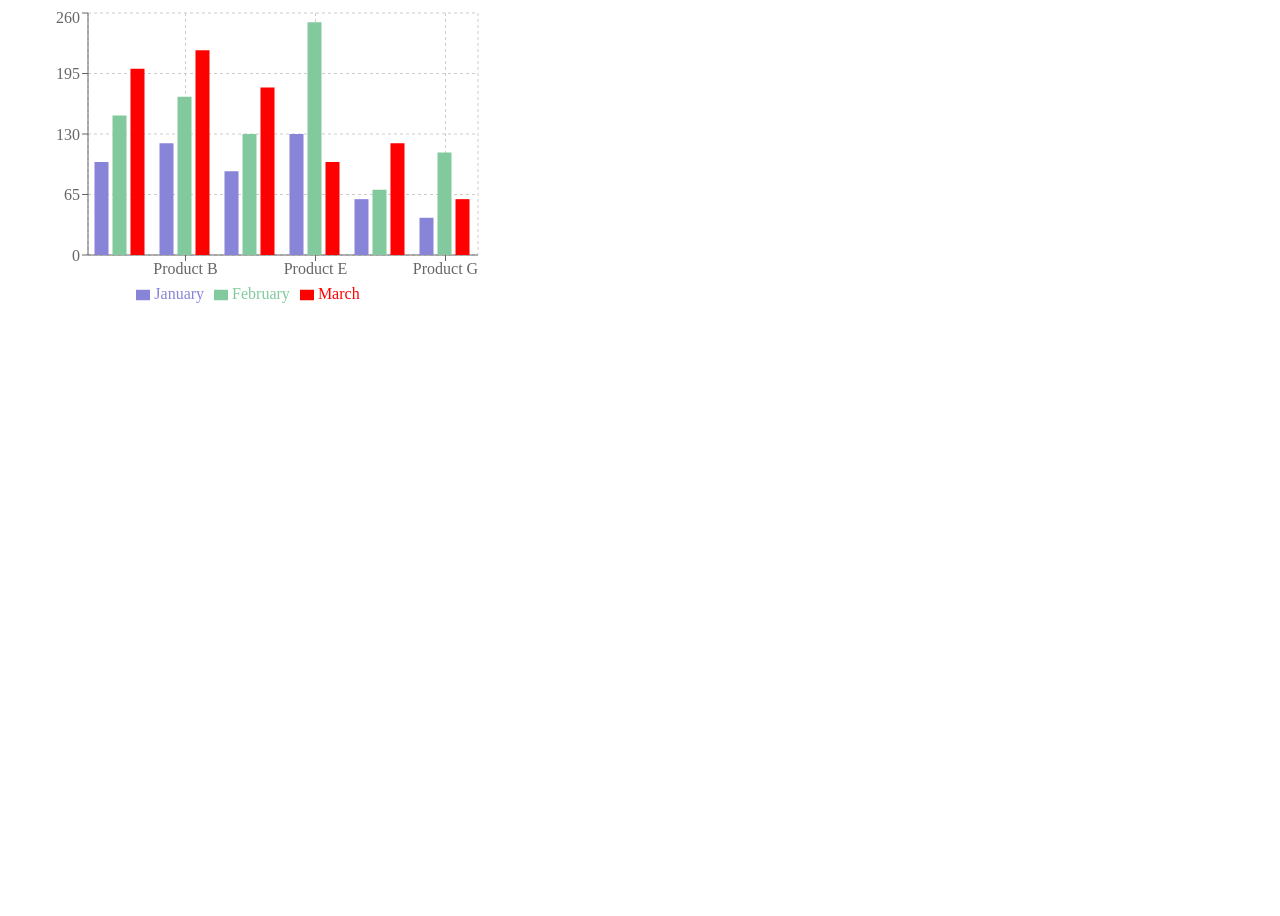
Repository: sagarjain738/test
Page: /
An editor plug-in stored every save of this project. The page is shown before and after the next save, followed by the edit.
The browser window is 1280 px wide. The pictures show the whole page.
The project was rebuilt for these pictures with package versions that can differ from the ones it lists, and the page was loaded fresh each time. Also part of the build but not shown: vite.config.js, src/App.css, src/index.css.

Above is the page before, as saved 2024-01-20 18:53:37.

### src/App.jsx
import { useState } from "react";
import "./App.css";
import FirstChart from "./components/FirstChart";
import totalData, { getTodalData } from "../Data";

function App() {
  const records = getTodalData(totalData);
  const [count, setCount] = useState(0);

  return (
    <>
      <FirstChart records={records} />
    </>
  );
}

export default App;

### src/components/FirstChart.jsx
import React from "react";
import {
  BarChart,
  Bar,
  Rectangle,
  XAxis,
  YAxis,
  CartesianGrid,
  Tooltip,
  Legend,
  ResponsiveContainer,
} from "recharts";

const data = [
  {
    name: "Page A",
    uv: 4000,
    pv: 2400,
    amt: 2400,
  },
  {
    name: "Page B",
    uv: 3000,
    pv: 1398,
    amt: 2210,
  },
  {
    name: "Page C",
    uv: 2000,
    pv: 9800,
    amt: 2290,
  },
  {
    name: "Page D",
    uv: 2780,
    pv: 3908,
    amt: 2000,
  },
  {
    name: "Page E",
    uv: 1890,
    pv: 4800,
    amt: 2181,
  },
  {
    name: "Page F",
    uv: 2390,
    pv: 3800,
    amt: 2500,
  },
  {
    name: "Page G",
    uv: 3490,
    pv: 4300,
    amt: 2100,
  },
];

const FirstChart = ({ records }) => {
  return (
    <div
      style={{
        width: "900px",
        height: "900px",
      }}
    >
      <BarChart
        width={500}
        height={300}
        data={records}
        margin={{
          top: 5,
          right: 30,
          left: 20,
          bottom: 5,
        }}
      >
        <CartesianGrid strokeDasharray="3 3" />
        <XAxis dataKey="name" />
        <YAxis />
        <Tooltip />
        <Legend />
        <Bar
          dataKey="January"
          fill="#8884d8"
          activeBar={<Rectangle fill="pink" stroke="blue" />}
        />
        <Bar
          dataKey="February"
          fill="#82ca9d"
          activeBar={<Rectangle fill="gold" stroke="purple" />}
        />
        <Bar
          dataKey="March"
          fill="red"
          activeBar={<Rectangle fill="gold" stroke="purple" />}
        />
      </BarChart>
    </div>
  );
};

export default FirstChart;

### Data.js
let data = {
  salesData: [
    {
      product: "Product A",
      sales: [
        { month: "January", amount: 100 },
        { month: "February", amount: 150 },
        { month: "March", amount: 200 },
      ],
    },
    {
      product: "Product B",
      sales: [
        { month: "January", amount: 120 },
        { month: "February", amount: 170 },
        { month: "March", amount: 220 },
      ],
    },
    {
      product: "Product C",
      sales: [
        { month: "January", amount: 90 },
        { month: "February", amount: 130 },
        { month: "March", amount: 180 },
      ],
    },
    {
      product: "Product E",
      sales: [
        { month: "January", amount: 130 },
        { month: "February", amount: 250 },
        { month: "March", amount: 100 },
      ],
    },
    {
      product: "Product F",
      sales: [
        { month: "January", amount: 60 },
        { month: "February", amount: 70 },
        { month: "March", amount: 120 },
      ],
    },
    {
      product: "Product G",
      sales: [
        { month: "January", amount: 40 },
        { month: "February", amount: 110 },
        { month: "March", amount: 60 },
      ],
    },
  ],
};

export function getTodalData(records) {
  const result = records.salesData.map((item) => {
    return {
      name: item.product,
      data: item.sales.reduce(
        (acc, itm) => ({ ...acc, [`${itm.month}`]: itm.amount }),
        {}
      ),
    };
  });

  const result2 = result.map((item) => {
    return { name: item.name, ...item.data };
  });

  return result2;
}

export default data;

Loaded but not shown: index.html (common file); src/main.jsx (common file)

After the next save:
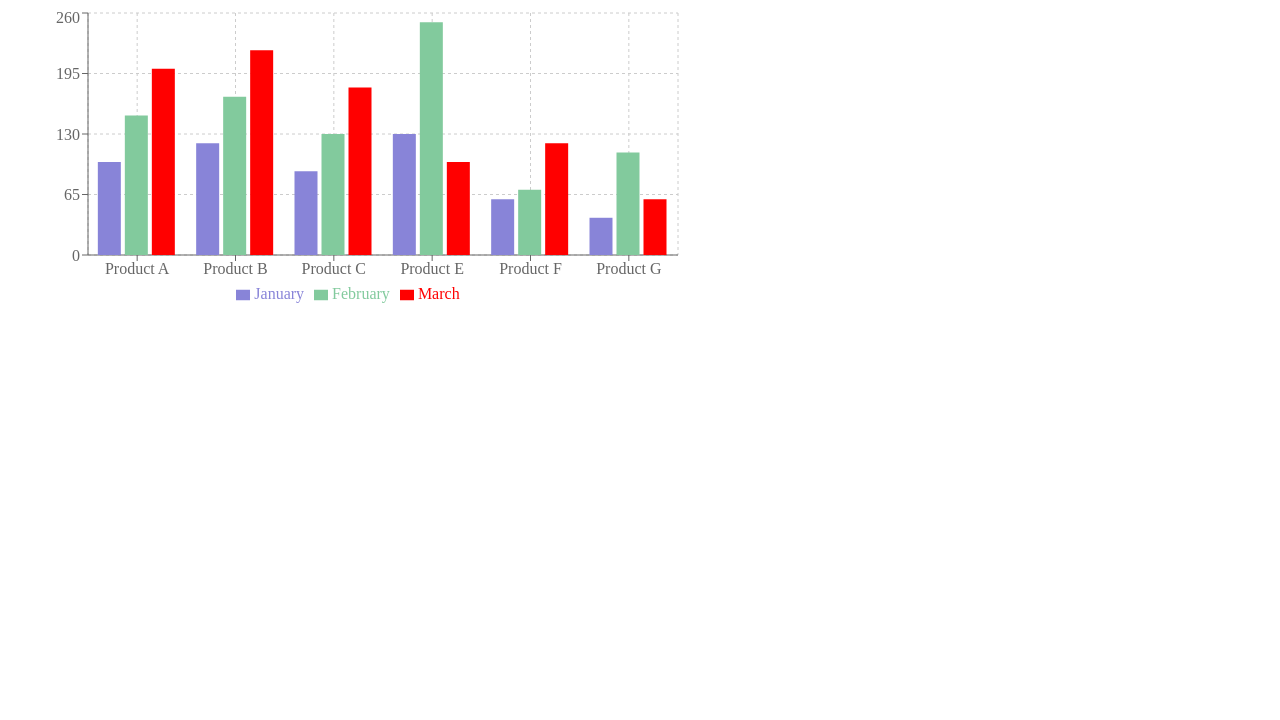
Saved 54 s later.
--- a/src/components/FirstChart.jsx
+++ b/src/components/FirstChart.jsx
@@ -58,45 +58,38 @@ const data = [
 
 const FirstChart = ({ records }) => {
   return (
-    <div
-      style={{
-        width: "900px",
-        height: "900px",
+    <BarChart
+      width={700}
+      height={300}
+      data={records}
+      margin={{
+        top: 5,
+        right: 30,
+        left: 20,
+        bottom: 5,
       }}
     >
-      <BarChart
-        width={500}
-        height={300}
-        data={records}
-        margin={{
-          top: 5,
-          right: 30,
-          left: 20,
-          bottom: 5,
-        }}
-      >
-        <CartesianGrid strokeDasharray="3 3" />
-        <XAxis dataKey="name" />
-        <YAxis />
-        <Tooltip />
-        <Legend />
-        <Bar
-          dataKey="January"
-          fill="#8884d8"
-          activeBar={<Rectangle fill="pink" stroke="blue" />}
-        />
-        <Bar
-          dataKey="February"
-          fill="#82ca9d"
-          activeBar={<Rectangle fill="gold" stroke="purple" />}
-        />
-        <Bar
-          dataKey="March"
-          fill="red"
-          activeBar={<Rectangle fill="gold" stroke="purple" />}
-        />
-      </BarChart>
-    </div>
+      <CartesianGrid strokeDasharray="3 3" />
+      <XAxis dataKey="name" />
+      <YAxis />
+      <Tooltip />
+      <Legend />
+      <Bar
+        dataKey="January"
+        fill="#8884d8"
+        activeBar={<Rectangle fill="pink" stroke="blue" />}
+      />
+      <Bar
+        dataKey="February"
+        fill="#82ca9d"
+        activeBar={<Rectangle fill="gold" stroke="purple" />}
+      />
+      <Bar
+        dataKey="March"
+        fill="red"
+        activeBar={<Rectangle fill="gold" stroke="purple" />}
+      />
+    </BarChart>
   );
 };
 
